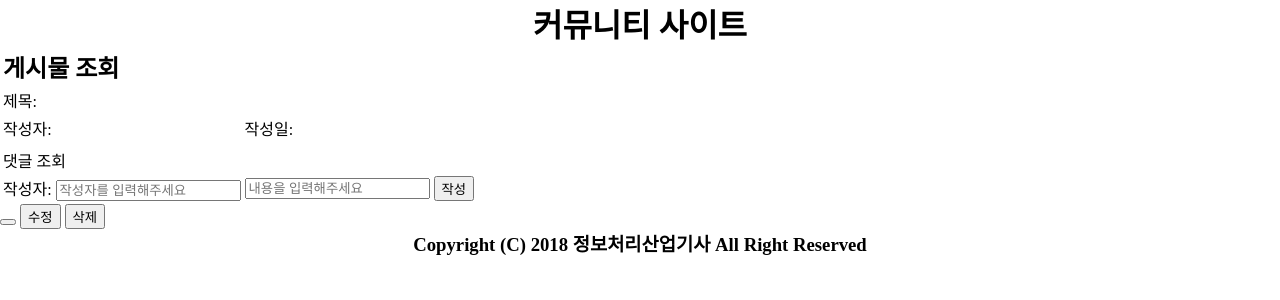
Repository: Tor1a/SpringSet
Page: http://localhost/practice01/WEB-INF/views/post/Lookup.jsp
The author's editor kept a copy of each file at every save. The page is drawn from the files as they stood at one save, then again after the next save.
The browser window is 1280 px wide. The pictures show the whole page.
The page is served by Tomcat 9. Nobody is signed in. Other server files are loaded and not shown. The template is opened directly, without the code that normally fills it, so the values that code supplies are empty.

Above is the page before, as saved 2022-04-15 08:52:57.
Console error: ReferenceError: idx1 is not defined

### practice01/src/main/webapp/WEB-INF/views/post/Lookup.jsp
<%@ page language="java" contentType="text/html; charset=UTF-8"
	pageEncoding="UTF-8"%>
<%@ taglib prefix="c" uri="http://java.sun.com/jsp/jstl/core"%>
<%@ include file="../include/header.jsp"%>

<script src="${pageContext.request.contextPath}/resources/js/post/commentAdd.js"></script>
<table>
	<thead>
		<tr>
			<td><h2>게시물 조회</h2></td>
		</tr>
	</thead>
	<tbody>
		<tr>
			<td>제목: ${vo.subject}</td>
		</tr>
		<tr>
			<td>작성자: ${vo.writer}</td>
			<td>작성일: ${vo.date}</td>
		</tr>
		<tr>
			<td>${vo.content}</td>
		</tr>
		<tr>
			<td>댓글 조회</td>
		</tr>
		<c:forEach var="list" items="${list}">
			<tr>
				<td>${list.writer} / ${list.content} / ${list.date} / <a
					href="CommentDel.do?idx=${list.bidx}&bidx=${vo.idx}">삭제</a>
				</td>
			</tr>
		</c:forEach>
	</tbody>
	<form id="commentAddForm">
		<input type="hidden" name="bidx" value="${vo.idx}">
		<tr>
			<td>작성자: <input type="text" id="cmWriter" name="writer"placeholder="작성자를 입력해주세요"></td>
			<td><input type="text" id="cmContent" name="content" placeholder="내용을 입력해주세요"></td>
			<td><input type="button" value="작성" onclick="addCheck()"></td>
		</tr>
			</form>
</table>

	<button type="button" onclick="home()"></button>
	<button type="button" onclick="update(${vo.idx})">수정</button>
	<button type="button" onclick="delete1(${vo.idx})">삭제</button>
<script>
idx1 = '${vo.idx}';
console.log(" idx11 : " + '${vo.idx}');
</script>

<%@ include file="../include/footer.jsp"%>

### practice01/src/main/webapp/WEB-INF/views/include/header.jsp
<%@ page language="java" contentType="text/html; charset=UTF-8"    pageEncoding="UTF-8"%>
<%@ taglib prefix="c" uri="http://java.sun.com/jsp/jstl/core" %>
<%@ taglib prefix="fmt" uri="http://java.sun.com/jsp/jstl/fmt" %>

<!DOCTYPE html>
<html>
<head>

<meta charset="UTF-8">
<script src="${pageContext.request.contextPath}/resources/js/jquery-3.6.0.min.js">
</script>
<link rel="stylesheet" href="${pageContext.request.contextPath}/resources/css/header.css">

</head>
<body>

    <h1>커뮤니티 사이트</h1>

### practice01/src/main/webapp/WEB-INF/views/include/footer.jsp
<%@ page language="java" contentType="text/html; charset=UTF-8"    pageEncoding="UTF-8"%>
<link rel="stylesheet" href="${pageContext.request.contextPath}/resources/css/footer.css">


<h3>Copyright (C) 2018 정보처리산업기사 All Right Reserved</h3>

</body>
</html>

### practice01/src/main/webapp/resources/css/header.css
@charset "UTF-8";
body, h1, h2, h3, h4, h5, p, ul, li, ol, dd, dt, dl { padding: 0; margin: 0; }

ul {list-style: none;}

a:hover{text-decoration: none;}

body{height: 100%;}

.sub{dispaly:flex; justify-content: space-between; flex-direction: row; flex-wrap: nowrap;}
.mainMenu {display: flex; justify-content: space-around; flex-direction: row; flex-wrap: nowrap;}

h1 {text-align: center;}

### practice01/src/main/webapp/resources/js/post/commentAdd.js
function addCheck(){
	if($("#cmWriter").val() == ""){
		alert("작성자를 입력해주세요");
		$("#cmWriter").focus();
		return;
	}else if($("#cmContent").val() == ""){
		alert("내용을 입력해주세요");
		$("#cmContent").focus();
		return;
	}else{
		var form = document.getElementById('commentAddForm');
		form.action="CommentAdd.do";
		form.method = "POST";
		form.submit();
	}
}

//var idx = getParmeter("idx");
console.log(" idx : " + idx1);

function update(idx){
	location.href = "updatForm.do?idx="+idx;

}

function delete1(idx){
	location.href  = "delete.do?idx="+idx;
}

function home(){
	location.href = "/controller";
}

### practice01/src/main/webapp/resources/css/footer.css
@charset "UTF-8";
body, h1, h2, h3, h4, h5, p, ul, li, ol, dd, dt, dl { padding: 0; margin: 0; }

ul {list-style: none;}

a:hover{text-decoration: none;}

body{height: 100%;}

h3 {text-align: center;}

Loaded but not shown: practice01/src/main/webapp/resources/js/jquery-3.6.0.min.js (library)

After the next save:
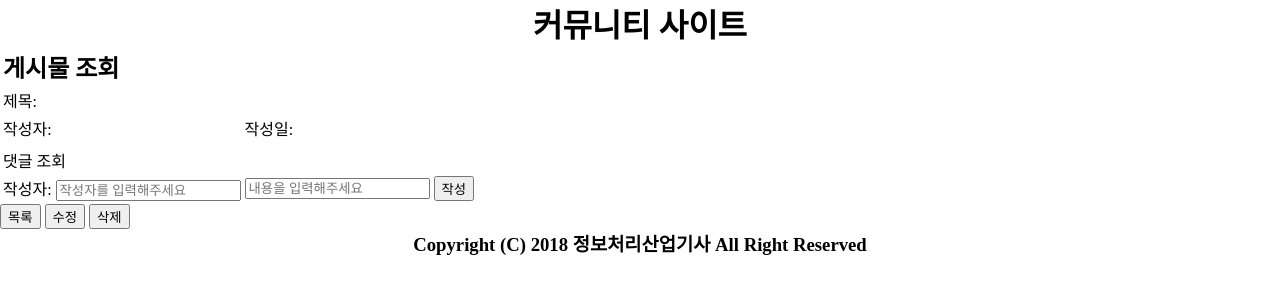
Saved 27 s later.
--- a/practice01/src/main/webapp/WEB-INF/views/post/Lookup.jsp
+++ b/practice01/src/main/webapp/WEB-INF/views/post/Lookup.jsp
@@ -42,7 +42,7 @@
 			</form>
 </table>
 
-	<button type="button" onclick="home()"></button>
+	<button type="button" onclick="home()">목록</button>
 	<button type="button" onclick="update(${vo.idx})">수정</button>
 	<button type="button" onclick="delete1(${vo.idx})">삭제</button>
 <script>
